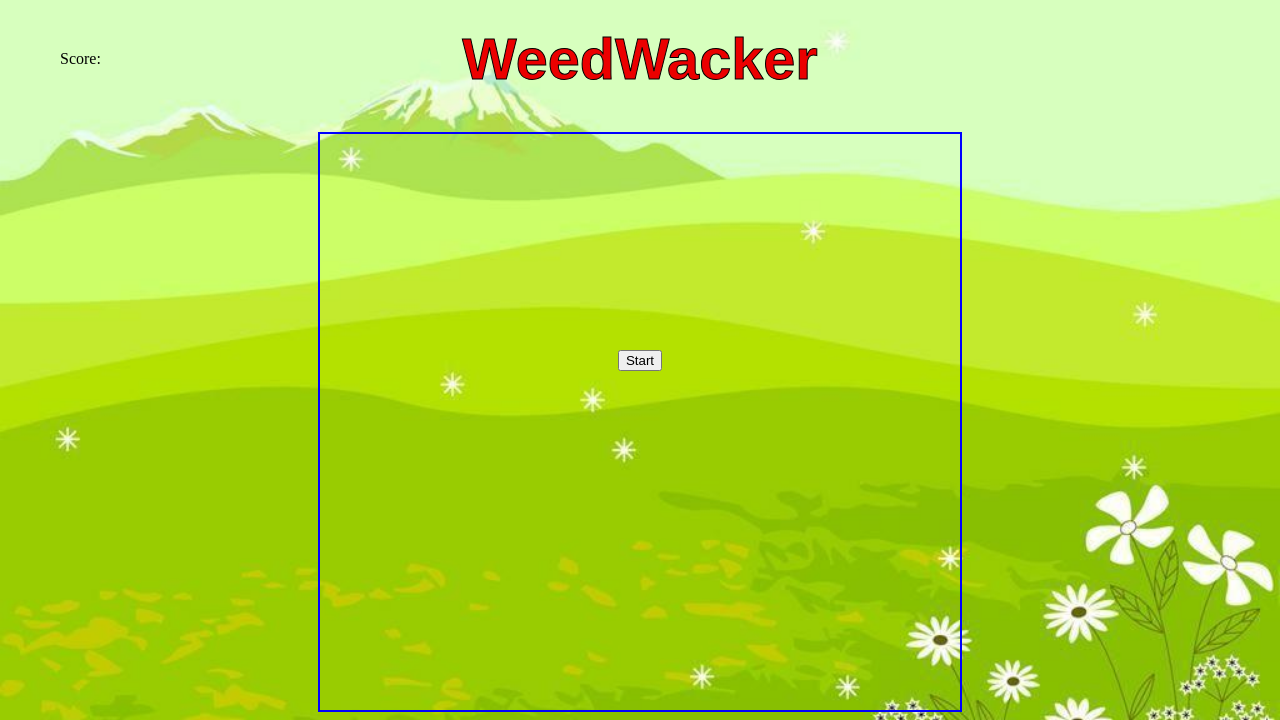
Repository: AustinW24/weedwacker
Page: index.html
These files come from the project's save history. The page is drawn as it stood at one moment and after the next save; the edit follows.
The browser window is 1280 px wide. The pictures show the whole page.
Some web fonts or font styles are not loaded; a fallback is used.

Above is the page before, as saved 2022-02-09 10:04:32.

After the next save:
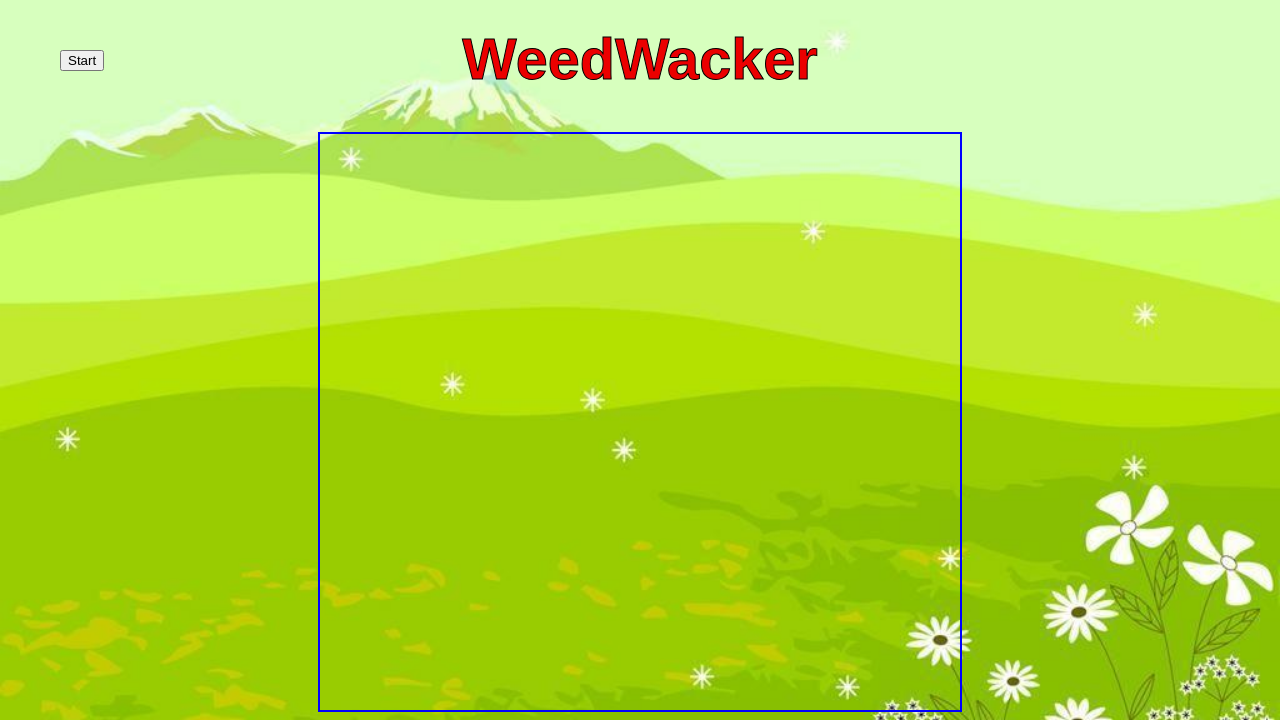
Saved 4 s later.
--- a/style.css
+++ b/style.css
@@ -51,7 +51,7 @@
     margin-top: 50px;
     margin-left: 60px;
 }
-.score {
+.start {
     left: 0;
     position: absolute;
     top: 0;
